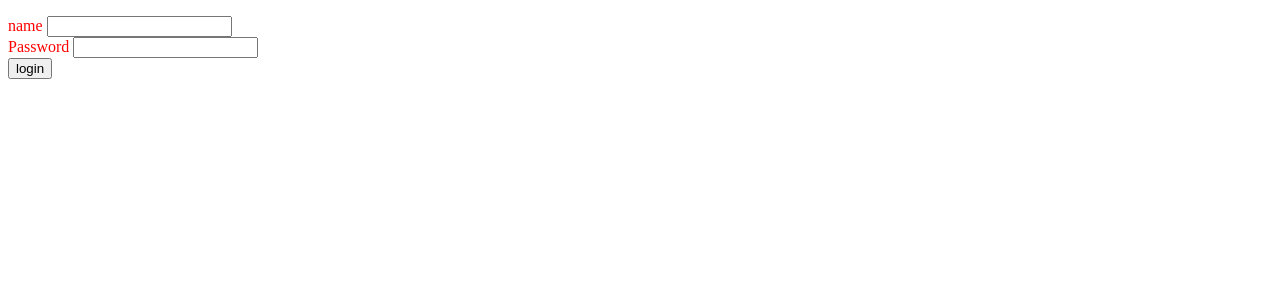
Repository: codelifee/spring-mvc-project
Page: http://localhost/springmvc/
An editor plug-in stored every save of this project. The page is shown before and after the next save, followed by the edit.
The browser window is 1280 px wide. The pictures show the whole page.
The page is served by Tomcat 9. Other server files are loaded and not shown.

Above is the page before, as saved 2020-11-12 13:01:33.

### springmvc/src/main/webapp/WEB-INF/views/login.jsp
<%@ page language="java" contentType="text/html; charset=EUC-KR"
    pageEncoding="EUC-KR"%>
<!DOCTYPE html>
<html>
<head>
<meta charset="EUC-KR">
<title>Yahoo from JSP</title>
</head>
<body>
<p><font color="red" />${errorMessage}</p>

<form action="/login.do" method="post">
name <input type="text" name="name" /> <br>
Password <input type="password" name="password" /> <br>
<input type="submit" value="login"/>
</form>
</body>
</html>

### springmvc/src/main/java/com/codelifee/jee/LoginServlet.java
package com.codelifee;

import java.io.IOException;
import java.io.PrintWriter;

import javax.servlet.ServletException;
import javax.servlet.annotation.WebServlet;
import javax.servlet.http.HttpServlet;
import javax.servlet.http.HttpServletRequest;
import javax.servlet.http.HttpServletResponse;

@WebServlet(urlPatterns = "/login.do")
public class LoginServlet extends HttpServlet{

	private UserValidationService service = new UserValidationService();

	  protected void doGet(HttpServletRequest request,
			  HttpServletResponse response)
					  throws ServletException, IOException {

		  request.getRequestDispatcher("/WEB-INF/views/login.jsp").forward(request, response);
	  }

	  protected void doPost(HttpServletRequest request,
			  HttpServletResponse response)
					  throws ServletException, IOException {

		  String name = request.getParameter("name");
		  String password = request.getParameter("password");

		  boolean isUserVaild = service.isUserValid(name, password);

		  if(isUserVaild) {
			  request.setAttribute("name", name);
			  request.setAttribute("password", password);
			  request.getRequestDispatcher("/WEB-INF/views/welcome.jsp").forward(request, response);
		  } else {
			  request.setAttribute("errorMessage", "Invaild Credential");
			  request.getRequestDispatcher("/WEB-INF/views/login.jsp").forward(request, response);
		  }


	  }


}

After the next save:
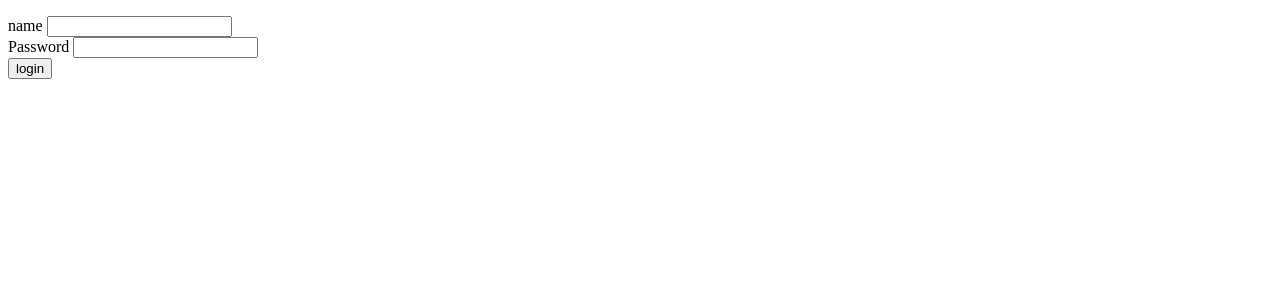
Saved 19 s later.
--- a/springmvc/src/main/webapp/WEB-INF/views/login.jsp
+++ b/springmvc/src/main/webapp/WEB-INF/views/login.jsp
@@ -7,7 +7,7 @@
 <title>Yahoo from JSP</title>
 </head>
 <body>
-<p><font color="red" />${errorMessage}</p>
+<p><font color="red">${errorMessage}</p></font>
 
 <form action="/login.do" method="post">
 name <input type="text" name="name" /> <br>
